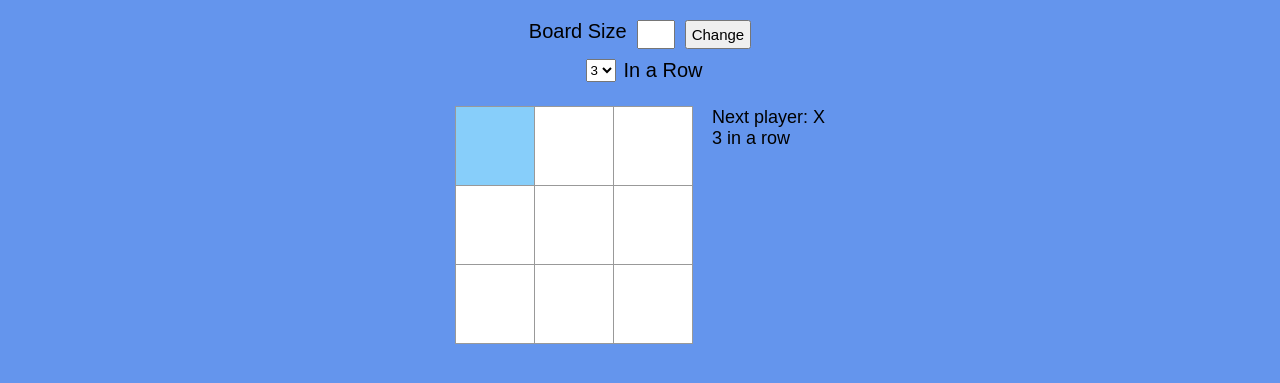
Repository: yshong211/tic-tac-toe-0708
Page: /
An editor plug-in stored every save of this project. The page is shown before and after the next save, followed by the edit.
The browser window is 1280 px wide. The pictures show the whole page.
The pointer rests on the first visible `.square`.
The project was rebuilt for these pictures with package versions that can differ from the ones it lists, and the page was loaded fresh each time.

Above is the page before, as saved 2020-07-09 10:05:24.

After the next save:
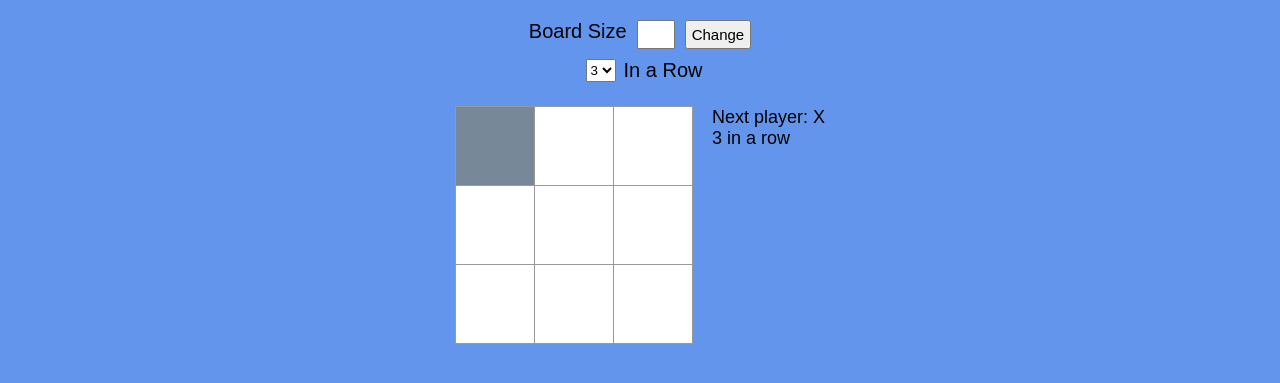
Saved 13 s later.
--- a/src/components/square/square.css
+++ b/src/components/square/square.css
@@ -14,4 +14,4 @@
     width: 80px;
   }
 
-  .square:hover {background-color: #87CEFA}
+  .square:hover {background-color: #778899}
